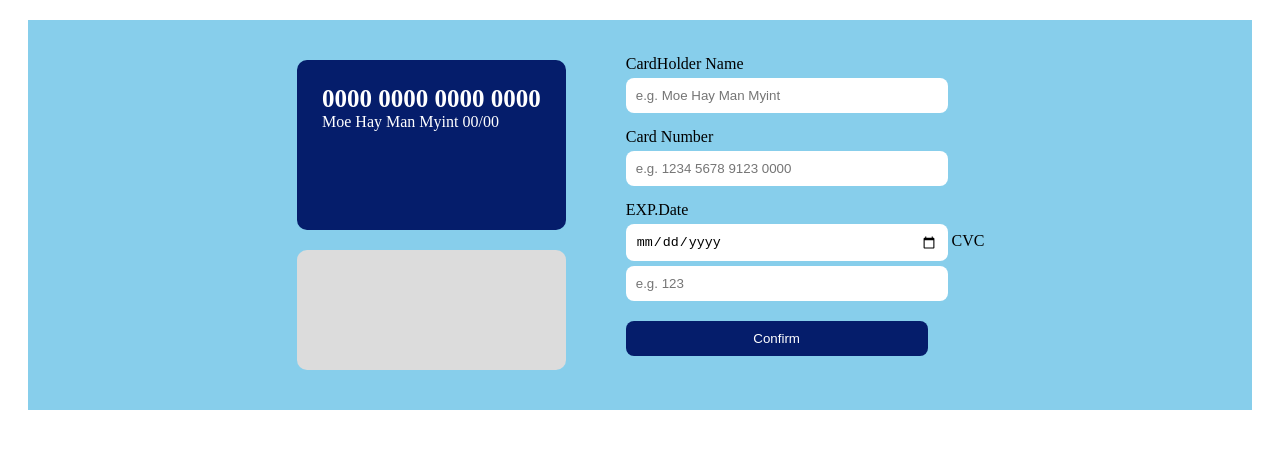
Repository: moehaymanmyint/Interactive-Card-Details-Form
Page: index.html
An editor plug-in stored every save of this project. The page is shown before and after a run of saves, followed by the edit.
The browser window is 1280 px wide. The pictures show the whole page.

Above is the page before, as saved 2024-10-15 22:44:14.

### index.html
<!DOCTYPE html>
<html lang="en">
<head>
    <meta charset="UTF-8">
    <meta name="viewport" content="width=device-width, initial-scale=1.0">
    <title>Interactive Card Details Form</title>
    <link rel="stylesheet" href="style.css">
</head>
<body>
    <div class="container">
        <!-- Left Side -->
    <div class="left-container">
        <div class="front-card">
            <div class="number">0000 0000 0000 0000</div>
            <span class="name">Moe Hay Man Myint</span>
            <span class="date">00/00</span>
        </div>
        <div class="back-card">
            <div style="color: darkgrey;" ></div>
        </div>
    </div>

    <!-- Right Side -->
    <div class="right-container">
        <form action="">
            <div class="card-name">
                <label for="">CardHolder Name</label><br>
                <input type="text" name="" id="" placeholder="e.g. Moe Hay Man Myint">
            </div>
            <div class="card-number">
                <label for="">Card Number</label><br>
                <input type="number" name="" id="" placeholder="e.g. 1234 5678 9123 0000">
            </div>
            <div class="card-info">
                <label for="">EXP.Date</label><br>
                <input type="date" name="" id="">
                <label for="">CVC</label>
                <input type="number" name="" id="" placeholder="e.g. 123">
            </div>
            <div class="btn">
                <input type="submit" value="Confirm" class="confirm-btn">
            </div>
        </form>
    </div>
    </div>
</body>
</html>

### style.css
.container{
    background-color: skyblue;
    display: flex;
    justify-content: center;
    margin: 20px;
}

.left-container,
.right-container {
    margin: 20px;
}

.front-card{
    background-color: rgb(5, 29, 107);
    color: white;
    padding: 25px;
    border-radius: 10px;
    height: 120px;
    margin: 20px;
}

.front-card .number{
    font-size: 25px;
    font-weight: bold;
}

.back-card{
    height: 120px;
    background-color: gainsboro;
    margin: 20px;
    border-radius: 10px;
}
.right-container div{
    margin: 15px 0;
}
.right-container input{
    margin-top: 5px;
    border: none;
    padding: 10px;
    border-radius: 8px;
    width: 80%;
}

.confirm-btn{
    background-color: rgb(5, 29, 107);
    color: white;
    width: 100%;
}

After the next 2 saves:
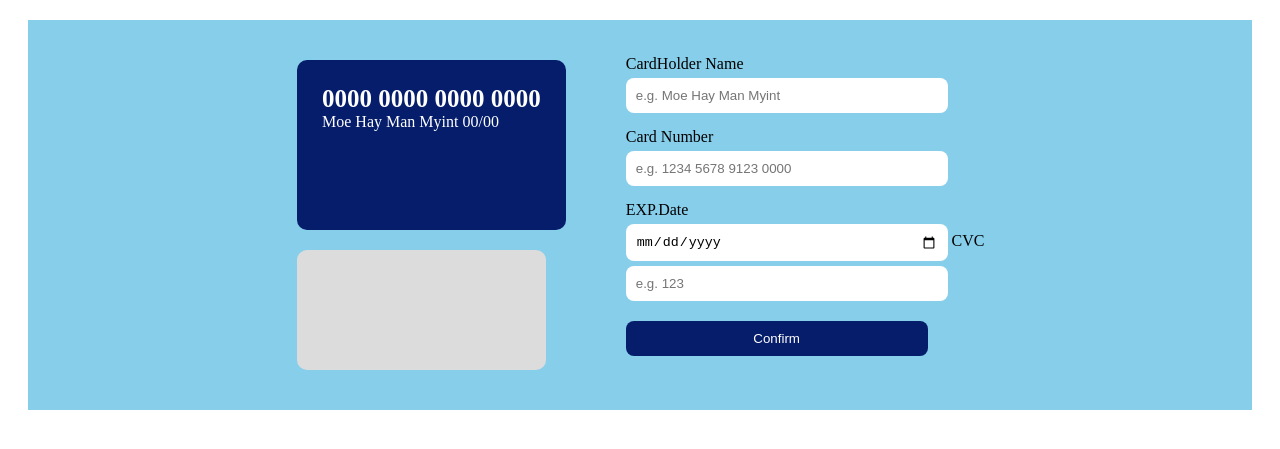
The 2 saves are shown as one change because they came seconds apart.
The last was saved 24 s later.
--- a/style.css
+++ b/style.css
@@ -29,6 +29,7 @@
     background-color: gainsboro;
     margin: 20px;
     border-radius: 10px;
+    margin-right: 40px;
 }
 .right-container div{
     margin: 15px 0;

After the 2 saves that followed:
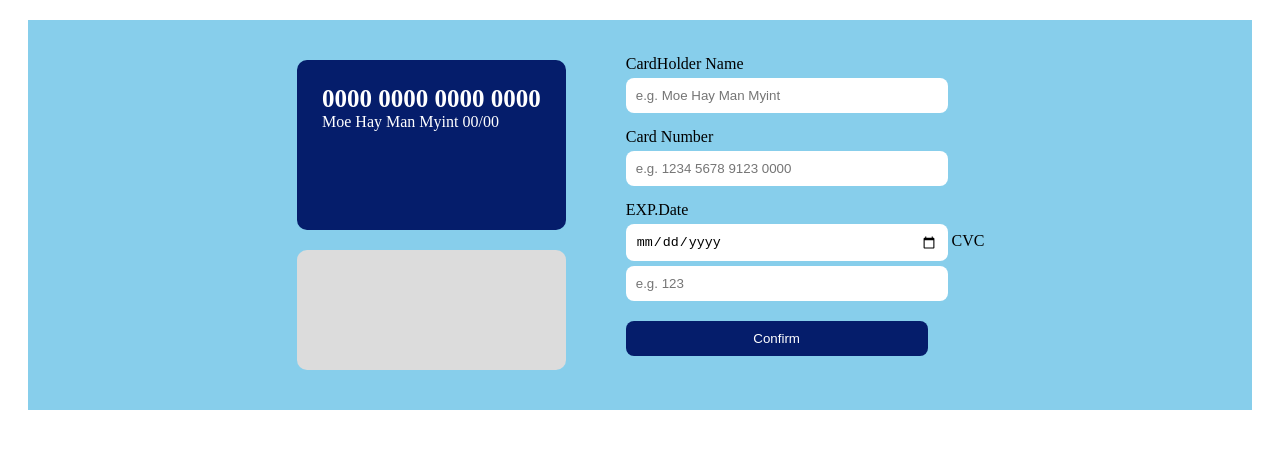
The 2 saves are shown as one change because they came seconds apart.
The last was saved 13 s later.
--- a/style.css
+++ b/style.css
@@ -29,7 +29,7 @@
     background-color: gainsboro;
     margin: 20px;
     border-radius: 10px;
-    margin-right: 40px;
+    margin-left: 20px;
 }
 .right-container div{
     margin: 15px 0;
